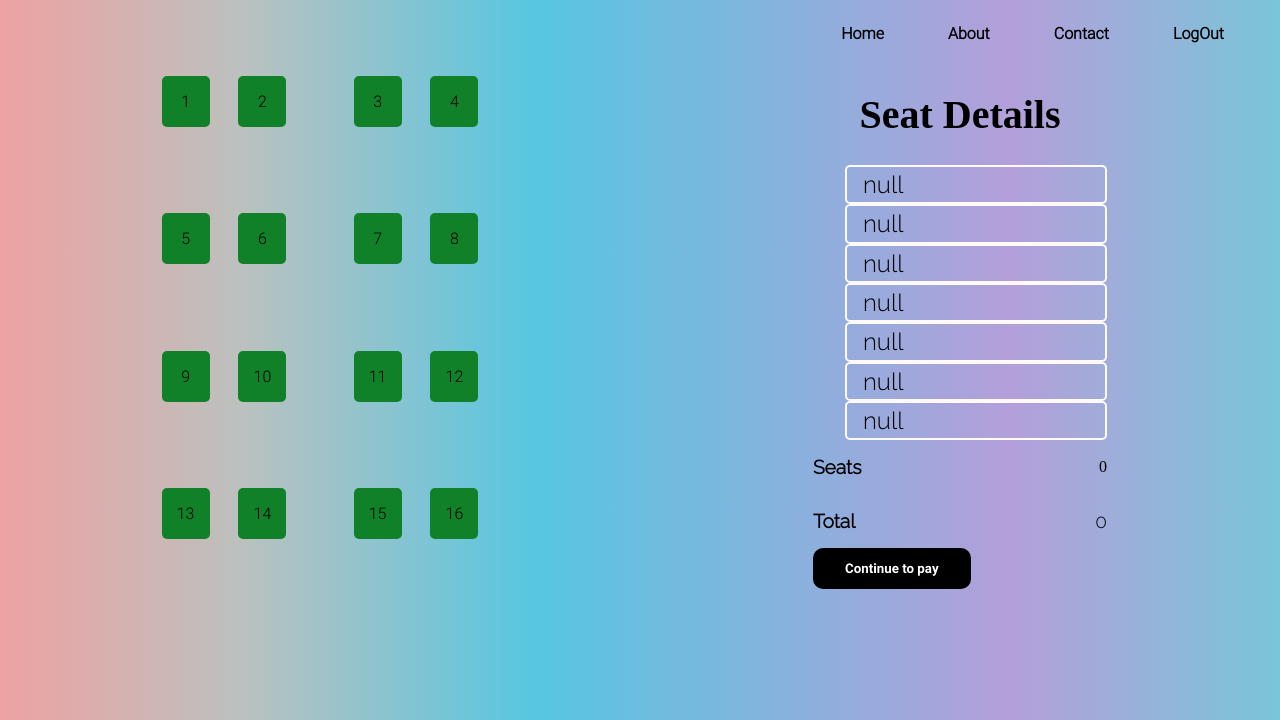
Repository: Savindushehan/RouteMaster-Group-project
Page: http://localhost/RouterMaster/UpdateBooking.jsp
These files come from the project's save history. The page is drawn as it stood at one moment and after the next save; the edit follows.
The browser window is 1280 px wide. The pictures show the whole page.
The page is served by Tomcat 10. Other server files are loaded and not shown.

Above is the page before, as saved 2023-10-27 06:18:06.

### RouteMaster/RouterMaster/src/main/webapp/UpdateBooking.jsp
<%@ page language="java" contentType="text/html; charset=UTF-8" pageEncoding="UTF-8"%>
<%@ taglib prefix="c" uri="http://java.sun.com/jsp/jstl/core" %>
<!DOCTYPE html>
<html lang="en">
<head>
    <meta charset="UTF-8">
    <meta name="viewport" content="width=device-width, initial-scale=1.0">
    <title>RouteMaste</title>
    <style>
        @font-face {
        font-family: 'Roboto-Light'; /* Font family name */
        src: url('Fonts/Roboto-Light.ttf') format('truetype'); /* URL to your font file */
        font-weight: normal;
        font-style: italic;
        }
        @font-face {
        font-family: 'Raleway-Light'; /* Font family name */
        src: url('Fonts/Raleway-Light.ttf') format('truetype'); /* URL to your font file */
        font-weight: normal;
        font-style: italic;
        }
        @font-face {
        font-family: 'Roboto-Bold'; /* Font family name */
        src: url('Fonts/Roboto-Bold.ttf') format('truetype'); /* URL to your font file */
        font-weight: normal;
        font-style: italic;
        }
        :root{
            --div-color1:#000000;
            --div-color2:#272702;
            --div-color3:#07FAFA;
            --div-color4:#FFFFFF;
        }
        a{
            text-decoration: none;
        }
        body{
            margin: 0;
            padding: 0;
           background-image: linear-gradient(to right, #eea2a2 0%, #bbc1bf 19%, #57c6e1 42%, #b49fda 79%, #7ac5d8 100%);
            background-size: cover;
            background-repeat: no-repeat;
            background-position: center;
            height: 100vh;

        }

        .head{
            display: flex;
            flex-direction: row;
            justify-content: right;
        }
        header h3{
            color: var(--div-color1);
            font-size:1rem;
            margin-right: 3rem;
            cursor: grab;
            padding: 0.5rem;
            border-radius: 0.5rem;
            outline: none;
            font-family: 'Roboto-Light';
        }
        span{
            width: 3rem;
            text-align: center;
            padding-top: 1rem;
            padding-bottom: 1rem;
            border-radius: 5px;
            background-color:rgb(16, 129, 41);
            outline: none;
            cursor: pointer;
            font-family: 'Roboto-Light';

        }
        .side1{
            width: 30%;
            height: 70vh;
        }
        .side2{
            width: 30%;
            display: flex;
            flex-direction: column;
            justify-content: center;
            align-items: center;
        }
        .row1,.row2,.row3,.row4{
            display: flex;
            flex-direction: row;
            justify-content: space-around;
            margin-bottom: 12vh;
        }
        .column1,.column2{
            width: 40%;
            display: flex;
            flex-direction: row;
            justify-content: space-around;
        }
        main{
            display: flex;
            flex-direction: row;
            justify-content: space-around;
            align-items: center;
        }
        button{
          text-align: center;
          padding-left: 2rem;
          padding-right: 2rem;
          padding-top: 0.8rem;
          padding-bottom: 0.8rem;
          border-radius: 10px;
          font-family: 'Roboto-Bold';
          background-color: var(--div-color1);
          color: var(--div-color4);
          border: none;
          outline: none;
          cursor: pointer;
          transition:all 0.3s;
        }
        .details1,.details2{
            display: flex;
            flex-direction: row;
            justify-content:space-between;
            align-items: center;
        }
        h1{
          font-size: 2.5rem;
          text-align: center;
          margin-top: 1.5rem;
        }
        h2{
            font-size: 1.2rem;
          font-family: 'Raleway-Light';
        }
        #seats{
            font-size: 1.2rem;
          font-family: 'Raleway-Light';
            margin-left: 1rem;
        }
        #total{
            font-size: 1.2rem;
          font-family: 'Raleway-Light';
            margin-left: 1rem;

        }
        .column10{
          	width: 40%;
            display: flex;
            flex-direction: row;
            justify-content: space-around;
        }
         input{
          font-size: 1.5rem;
          font-family:'Raleway-Light';
          width: 15rem;
          outline: none;
          padding-left: 1rem;
          padding-top: 0.2rem;
          padding-bottom: 0.2rem;
          border-radius: 5px;
          border: 2px solid red;
          border: none;
          background: transparent;
          border:2px solid rgb(255, 249, 249);
        }
         #btn:hover{
         transform:scale(1.15);
        }
		.column10{
		   margin-left:2rem;

		}
        </style>
</head>
<body>

     <header>
        <div class="head">
          <a href="Home.jsp"><h3 id="m1">Home</h3></a>
           <a href="AboutUs.jsp"><h3 id="m2">About</h3></a>
            <a href="ContactUS.jsp"><h3 id="m3">Contact</h3></a>
           <a href="login.jsp"><h3 id="m4">LogOut</h3></a>
        </div>
    </header>
    <main>
        <div class="side1">
            <div class="row1">
                <div class="column1">
                    <span id="s1">1</span>
                    <span id="s2">2</span>
                </div>
            <div class="column2">
                <span id="s3">3</span>
                <span id="s4">4</span>
            </div>
        </div>
        <div class="row2">
            <div class="column1">
                <span id="s5">5</span>
                <span id="s6">6</span>
            </div>
        <div class="column2">
            <span id="s7">7</span>
            <span id="s8">8</span>
        </div>
    </div>
    <div class="row3">
        <div class="column1">
            <span id="s9">9</span>
            <span id="s10">10</span>
        </div>
    <div class="column2">
        <span id="s11">11</span>
        <span id="s12">12</span>
    </div>
</div>
<div class="row4">
    <div class="column1">
        <span id="s13">13</span>
        <span id="s14">14</span>
    </div>
<div class="column2">
    <span id="s15">15</span>
    <span id="s16">16</span>
</div>
</div>
        </div>
        <div class="side2">
            <form action="BookingServlet" method="Get">
 <h1>Seat Details</h1>

 <%

 String RID=request.getParameter("RID");
 String FID=request.getParameter("FID");
 String place=request.getParameter("place");
 String venue=request.getParameter("venue");
 String date=request.getParameter("date");
 String seats=request.getParameter("seats");
 String payment=request.getParameter("payment");

 %>


		<p id="seat" name="seat"></p>
		<p id="tota" name="tota"></p>
<div class="column10">
 <input type="text" name="RID" value="<%=RID%>" readonly>
 </div>
 <div class="column10">
  <input type="text" name="FID" value="<%=FID%>" readonly>
 </div>
 <div class="column10">
  <input type="text" name="place" value="<%=place%>" readonly>
 </div>
 <div class="column10">
   <input type="text" name="Venue" value="<%=venue%>" readonly>
 </div>
  <div class="column10">
   <input type="text" name="date" value="<%=date%>" readonly>
 </div>
  <div class="column10">
   <input type="text" name="seats1" value="<%=seats%>">
 </div>
  <div class="column10">
   <input type="text" name="payment" value="<%=payment%>">
 </div>

    <div class="details1">
        <h2>Seats</h2>
        <label id="sea" name="seat">0</label>
    </div>
    <div class="details2">
        <h2>Total</h2>
        <label id="total" name="total">0</label>

        <input type="hidden" name="seats" id="seats">
<input type="hidden" name="total" id="totals">

    </div>
    <button id="btn">Continue to pay</button>


 </div>

            </form>

        </div>
    </main>
    <script>

        var M1=document.getElementById("m1");
        var M2=document.getElementById("m2");
        var M3=document.getElementById("m3");
        var M4=document.getElementById("m4");
        var BTN=document.getElementById("btn");
        var S1=document.getElementById("s1");
        var S2=document.getElementById("s2");
        var S3=document.getElementById("s3");
        var S4=document.getElementById("s4");
        var S5=document.getElementById("s5");
        var S6=document.getElementById("s6");
        var S7=document.getElementById("s7");
        var S8=document.getElementById("s8");
        var S9=document.getElementById("s9");
        var S10=document.getElementById("s10");
        var S11=document.getElementById("s11");
        var S12=document.getElementById("s12");
        var S13=document.getElementById("s13");
        var S14=document.getElementById("s14");
        var S15=document.getElementById("s15");
        var S16=document.getElementById("s16");
        var Seats=document.getElementById("sea");
        var Total=document.getElementById("total");
        function updateSeatsLabel() {
            var seatsLabel = document.getElementById("seats");
            var Total1=document.getElementById("totals");
            if (seatsLabel) {
                seatsLabel.value = count;
                Total1.value=count*450;

            }
        }

        M1.onmousemove=function(){
          M1.style.backgroundColor="var(--div-color3)";
          M1.style.color="var(--div-color4)";
        }
        M1.onmouseout=function(){
          M1.style.backgroundColor="";
          M1.style.color="var(--div-color1)";
        }
        M2.onmousemove=function(){
          M2.style.backgroundColor="var(--div-color3)";
          M2.style.color="var(--div-color4)";
        }
        M2.onmouseout=function(){
          M2.style.backgroundColor="";
          M2.style.color="var(--div-color1)";
        }
        M3.onmousemove=function(){
          M3.style.backgroundColor="var(--div-color3)";
          M3.style.color="var(--div-color4)";
        }
        M3.onmouseout=function(){
          M3.style.backgroundColor="";
          M3.style.color="var(--div-color1)";
        }
        M4.onmousemove=function(){
          M4.style.backgroundColor="var(--div-color3)";
          M4.style.color="var(--div-color4)";
        }
        M4.onmouseout=function(){
          M4.style.backgroundColor="";
          M4.style.color="var(--div-color1)";
        }
        /* Above javascript code must include all tha page.don't change the code.*/
        BTN.onmousemove=function(){
          BTN.style.color="var(--div-color1)";
          BTN.style.backgroundColor="var(--div-color4)";
        }
        BTN.onmouseout=function(){
          BTN.style.color="var(--div-color4)";
          BTN.style.backgroundColor="var(--div-color1)";
        }

        var s1=1;
        var count=0;
        S1.onclick=function(){
            if(s1==1){
                S1.style.backgroundColor="red";
                ++s1;
                ++count;
                Seats.innerHTML=count;
                Total.innerHTML=count*450
                updateSeatsLabel(); // Update the label

            }else if(s1==2){
                --s1;
                --count;
                Seats.innerHTML=count;
                Total.innerHTML=count*450;
                S1.style.backgroundColor="rgb(16, 129, 41)"
                    updateSeatsLabel(); // Update the label

            }
        }
        var s2=1;
        S2.onclick=function(){
            if(s2==1){
                S2.style.backgroundColor="red";
                ++s2;
                ++count;
                Seats.innerHTML=count;
                Total.innerHTML=count*450;
                updateSeatsLabel(); // Update the label

            }else if(s2==2){
                --s2;
                --count;
                Seats.innerHTML=count;
                Total.innerHTML=count*450;
                S2.style.backgroundColor="rgb(16, 129, 41)";
                updateSeatsLabel(); // Update the label

            }
        }
        var s3=1;
        S3.onclick=function(){
            if(s3==1){
                S3.style.backgroundColor="red";
                ++s3;
                ++count;
                Seats.innerHTML=count;
                Total.innerHTML=count*450;
                updateSeatsLabel(); // Update the label

            }else if(s3==2){
                --s3;
                --count;
                Seats.innerHTML=count;
                Total.innerHTML=count*450;
                S3.style.backgroundColor="rgb(16, 129, 41)";
                updateSeatsLabel(); // Update the label

            }
        }
        var s4=1;
        S4.onclick=function(){
            if(s4==1){
                S4.style.backgroundColor="red";
                ++s4;
                ++count;
                Total.innerHTML=count*450;
                Seats.innerHTML=count
                updateSeatsLabel(); // Update the label


            }else if(s4==2){
                --s4;
                --count;
                Seats.innerHTML=count;
                Total.innerHTML=count*450;
                S4.style.backgroundColor="rgb(16, 129, 41)";
                updateSeatsLabel(); // Update the label

            }
        }
        var s5=1;
        S5.onclick=function(){
            if(s5==1){
                S5.style.backgroundColor="red";
                ++s5;
                ++count;
                Seats.innerHTML=count;
                Total.innerHTML=count*450;
                updateSeatsLabel(); // Update the label
            }else if(s5==2){
                --s5;
                --count;
                Seats.innerHTML=count;
                Total.innerHTML=count*450;
                S5.style.backgroundColor="rgb(16, 129, 41)";
                updateSeatsLabel(); // Update the label
            }
        }
        var s6=1;
        S6.onclick=function(){
            if(s6==1){
                S6.style.backgroundColor="red";
                ++s6;
                ++count;
                Seats.innerHTML=count;
                Total.innerHTML=count*450;
                updateSeatsLabel(); // Update the label

            }else if(s6==2){
                --s6;
                --count;
                Seats.innerHTML=count;
                Total.innerHTML=count*450;
                S6.style.backgroundColor="rgb(16, 129, 41)";
                updateSeatsLabel(); // Update the label
            }
        }
        var s7=1;
        S7.onclick=function(){
            if(s7==1){
                S7.style.backgroundColor="red";
                ++s7;
                ++count;
                Seats.innerHTML=count;
                Total.innerHTML=count*450;
                updateSeatsLabel(); // Update the label
            }else if(s7==2){
                --s7;
                --count;
                Seats.innerHTML=count;
                Total.innerHTML=count*450;
                S7.style.backgroundColor="rgb(16, 129, 41)";
                updateSeatsLabel(); // Update the label
            }
        }
        var s8=1;
        S8.onclick=function(){
            if(s8==1){
                S8.style.backgroundColor="red";
                ++s8;
                ++count;
                Seats.innerHTML=count;
                Total.innerHTML=count*450;
                updateSeatsLabel(); // Update the label
            }else if(s8==2){
                --s8;
                --count;
                Seats.innerHTML=count;
                Total.innerHTML=count*450;
                S8.style.backgroundColor="rgb(16, 129, 41)";
                updateSeatsLabel(); // Update the label
            }
        }
        var s9=1;
        S9.onclick=function(){
            if(s9==1){
                S9.style.backgroundColor="red";
                ++s9;
                ++count;
                Seats.innerHTML=count;
                Total.innerHTML=count*450;
                updateSeatsLabel(); // Update the label

            }else if(s9==2){
                --s9;
                --count;
                Seats.innerHTML=count;
                Total.innerHTML=count*450;
                S9.style.backgroundColor="rgb(16, 129, 41)";
                updateSeatsLabel(); // Update the label
            }
        }
        var s10=1;
        S10.onclick=function(){
            if(s10==1){
                S10.style.backgroundColor="red";
                ++s10;
                ++count;
                Seats.innerHTML=count;
                Total.innerHTML=count*450;
                updateSeatsLabel(); // Update the label
            }else if(s10==2){
                --s10;
                Seats.innerHTML=count;
                Total.innerHTML=count*450;
                S10.style.backgroundColor="rgb(16, 129, 41)";
                updateSeatsLabel(); // Update the label
            }
        }
        var s11=1;
        S11.onclick=function(){
            if(s11==1){
                S11.style.backgroundColor="red";
                ++s11;
                ++count;
                Total.innerHTML=count*450;
                Seats.innerHTML=count;
                updateSeatsLabel(); // Update the label

            }else if(s11==2){
                --s11;
                --count;
                Seats.innerHTML=count;
                Total.innerHTML=count*450;
                S11.style.backgroundColor="rgb(16, 129, 41)";
                updateSeatsLabel(); // Update the label
            }
        }
        var s12=1;
        S12.onclick=function(){
            if(s12==1){
                S12.style.backgroundColor="red";
                ++s12;
                ++count;
                Total.innerHTML=count*450;
                Seats.innerHTML=count;
                updateSeatsLabel(); // Update the label

            }else if(s12==2){
                --s12;
                --count;
                Seats.innerHTML=count;
                Total.innerHTML=count*450;
                S12.style.backgroundColor="rgb(16, 129, 41)";
                updateSeatsLabel(); // Update the label
            }
        }
        var s13=1;
        S13.onclick=function(){
            if(s13==1){
                S13.style.backgroundColor="red";
                ++s13;
                ++count;
                Total.innerHTML=count*450;
                updateSeatsLabel(); // Update the label
            }else if(s13==2){
                --s13;
                --count;
                Seats.innerHTML=count;
                Total.innerHTML=count*450;
                S13.style.backgroundColor="rgb(16, 129, 41)";
                updateSeatsLabel(); // Update the label
            }
        }
        var s14=1;
        S14.onclick=function(){
            if(s14==1){
                S14.style.backgroundColor="red";
                ++s14;
                ++count;
                Total.innerHTML=count*450;
                Seats.innerHTML=count;
                updateSeatsLabel(); // Update the label

            }else if(s14==2){
                --s14;
                --count;
                Seats.innerHTML=count;
                Total.innerHTML=count*450;
                S14.style.backgroundColor="rgb(16, 129, 41)";
                updateSeatsLabel(); // Update the label
            }
        }
        var s15=1;
        S15.onclick=function(){
            if(s15==1){
                S15.style.backgroundColor="red";
                ++s15;
                ++count;
                Total.innerHTML=count*450;
                Seats.innerHTML=count;
                updateSeatsLabel(); // Update the label

            }else if(s15==2){
                --s15;
                --count;
                Seats.innerHTML=count;
                Total.innerHTML=count*450;
                S15.style.backgroundColor="rgb(16, 129, 41)";
                updateSeatsLabel(); // Update the label
            }
        }
        var s16=1;
        S16.onclick=function(){
            if(s16==1){
                S16.style.backgroundColor="red";
                ++s16;
                ++count;
                Total.innerHTML=count*450;
                Seats.innerHTML=count;
                updateSeatsLabel(); // Update the label

            }else if(s16==2){
                --s16;
                --count;
                Seats.innerHTML=count;
                Total.innerHTML=count*450;
                S16.style.backgroundColor="rgb(16, 129, 41)";
                updateSeatsLabel(); // Update the label
            }
        }

        updateSeatsLabel();


       </script>
</body>
</html>

After the next save:
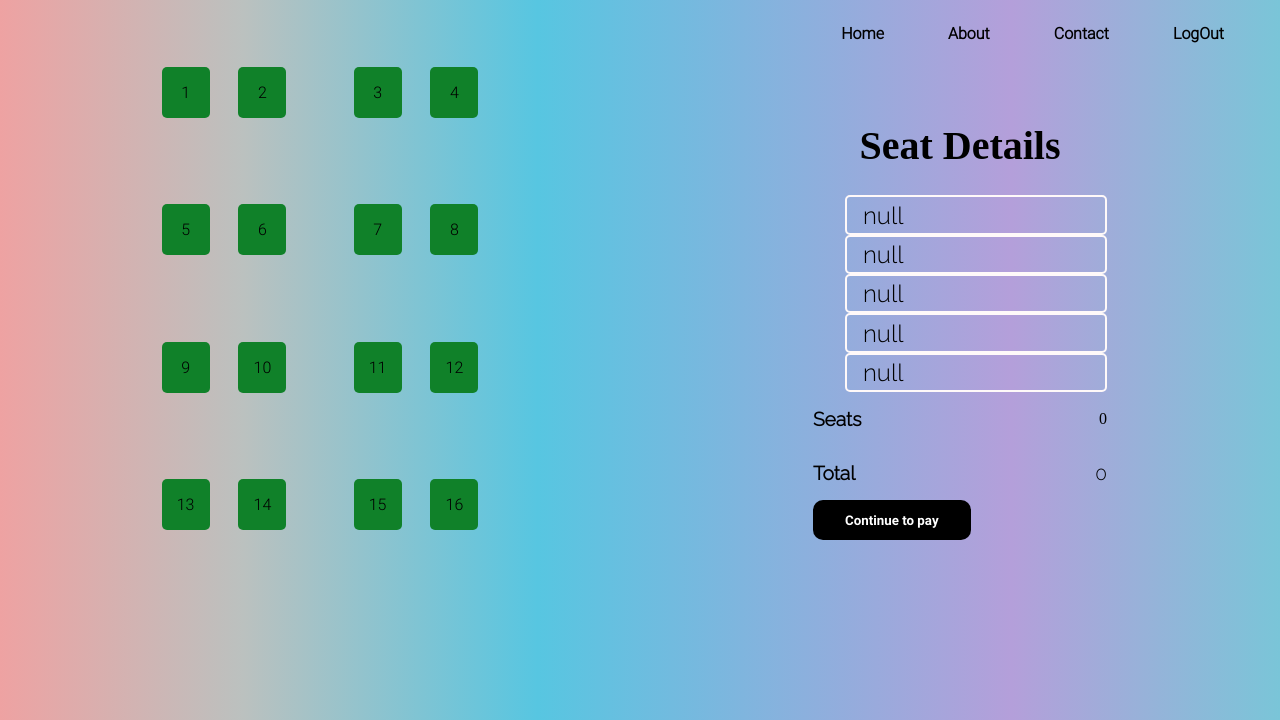
Saved 91 s later.
--- a/RouteMaster/RouterMaster/src/main/webapp/UpdateBooking.jsp
+++ b/RouteMaster/RouterMaster/src/main/webapp/UpdateBooking.jsp
@@ -258,12 +258,6 @@
   <div class="column10">
    <input type="text" name="date" value="<%=date%>" readonly>
  </div>
-  <div class="column10">
-   <input type="text" name="seats1" value="<%=seats%>">
- </div>
-  <div class="column10">
-   <input type="text" name="payment" value="<%=payment%>">
- </div>
 
     <div class="details1">
         <h2>Seats</h2>
